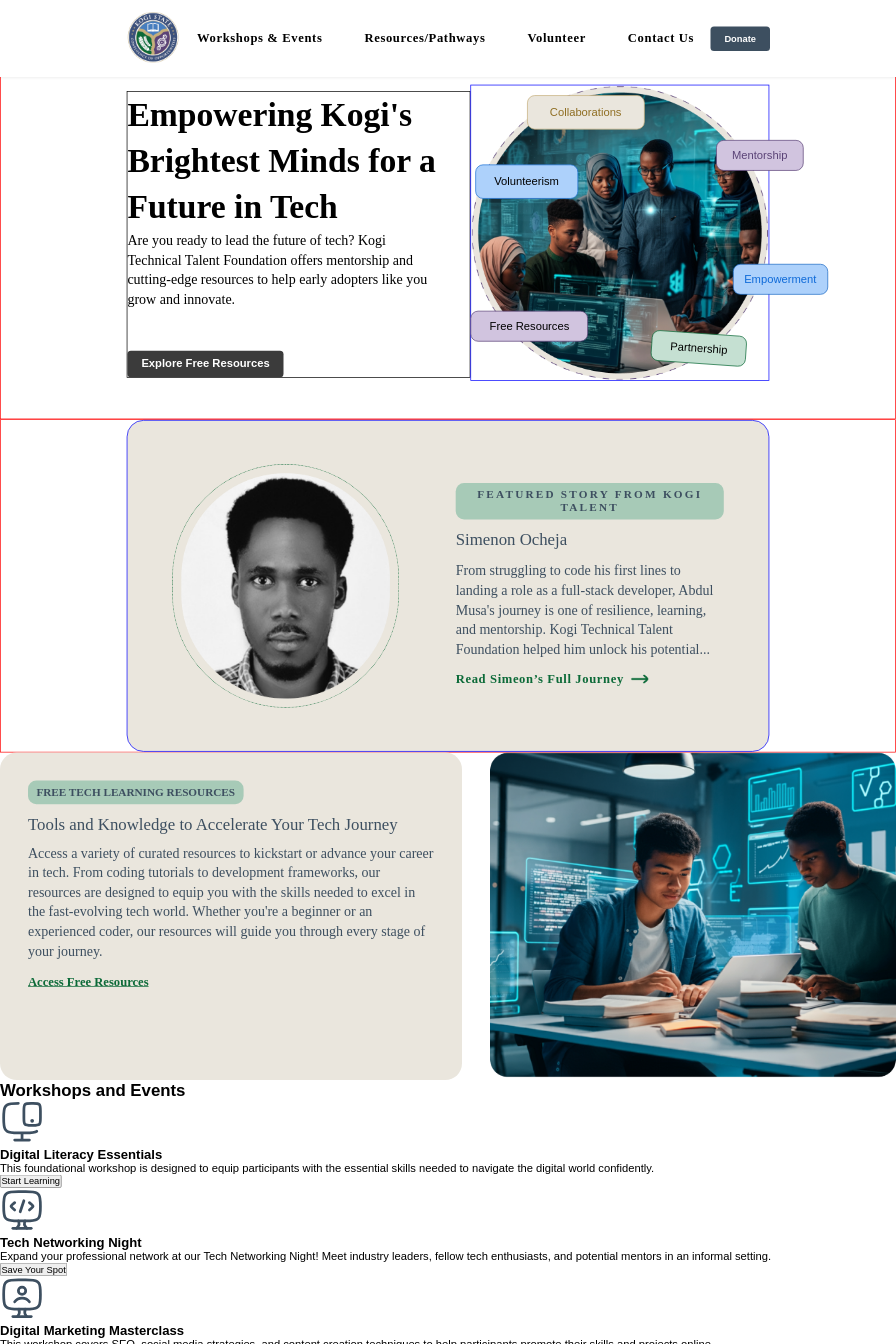
Repository: Cryptim/3MTT-Kogi-Foundation
Page: index.html
These files come from the project's save history. The page is drawn as it stood at one moment and after a run of saves; the edit follows.
The browser window is 1280 px wide. The pictures show the part of the page from y = 0 to 1920 px (the page is 5055 px tall), at 70% of full size.

Above is the page before, as saved 2024-11-15 01:54:14.

### index.html
<!DOCTYPE html>
<html lang="en">
  <head>
    <meta charset="UTF-8" />
    <meta name="viewport" content="width=device-width, initial-scale=1.0" />
    <title>Three Million Technical Talent Foundation</title>
    <link rel="stylesheet" href="stlyes/style.css" />
  </head>
  <body>
    <header class="header">
      <div class="logo">
        <img src="assets/images/logo.png" alt="Foundation Logo" />
      </div>
      <nav class="nav">
        <a href="#">Workshops & Events</a>
        <a href="#">Resources/Pathways</a>
        <a href="#">Volunteer</a>
        <a href="#">Contact Us</a>
      </nav>
      <div class="donate-button">
        <button>Donate</button>
      </div>
    </header>
    <!-- Hero sections -->
    <div class="padding hero-section">
      <div class="text-container">
        <h1>Empowering Kogi's Brightest Minds for a Future in Tech</h1>
        <p>
          Are you ready to lead the future of tech? Kogi Technical Talent
          Foundation offers mentorship and cutting-edge resources to help early
          adopters like you grow and innovate.
        </p>
        <div class="explore-button">
          <button>Explore Free Resources</button>
        </div>
      </div>
      <div class="image-container">
        <img
          src="assets/images/Frame 5.png"
          alt="Team working with technology"
        />
        <div class="tag tag-collaborations">Collaborations</div>
        <div class="tag tag-volunteerism">Volunteerism</div>
        <div class="tag tag-mentorship">Mentorship</div>
        <div class="tag tag-empowerment">Empowerment</div>
        <div class="tag tag-free-resources">Free Resources</div>
        <div class="tag tag-partnership">Partnership</div>
      </div>
    </div>
    <!-- Featured Story Section -->
    <div class="padding featuredStoryContainer">
      <div class="featuredStory"
      >
        <div  class="featuredStoryDottedImageLine"
        >
          <img class="featuredStoryImage"
            src="assets/images/Simeon ocheja 1.png"
            alt="Simenon Ocheja"
          />
        </div>
        <div
          style="width: 589px; display: flex; flex-direction: column; gap: 16px"
        >
          <div
            style="
              padding: 8px 12px;
              background: #a7cab7;
              border-radius: 12px;
              text-align: center;
            "
          >
            <span
              style="
                color: #3d4f60;
                font-size: 16px;
                font-family: Cascadia Code;
                font-weight: 600;
                text-transform: uppercase;
                letter-spacing: 3.2px;
              "
              >Featured Story from Kogi talent</span
            >
          </div>
          <h2
            style="
              color: #3d4f60;
              font-size: 24px;
              font-family: Cascadia Code;
              font-weight: 400;
            "
          >
            Simenon Ocheja
          </h2>
          <p
            style="
              width: 100%;
              color: #3d4f60;
              font-size: 20px;
              font-family: Cascadia Code;
              font-weight: 300;
              line-height: 28px;
              word-wrap: break-word;
            "
          >
            From struggling to code his first lines to landing a role as a
            full-stack developer, Abdul Musa's journey is one of resilience,
            learning, and mentorship. Kogi Technical Talent Foundation helped
            him unlock his potential...
          </p>
          <div style="display: flex; align-items: center; gap: 8px">
            <span
              style="
                color: #0c6a38;
                font-size: 18px;
                font-family: Cascadia Code;
                font-weight: 700;
                line-height: 27.2px;
                letter-spacing: 0.9px;
                word-wrap: break-word;
              "
              >Read Simeon’s Full Journey</span
            >
        <img src="./assets/images/icons/arrow-right-02.png" alt="arrow-right-02">
            </div>
          </div>
        </div>
      </div>
    </div>
    <!-- Free Tech Learning Resources Section -->
    <div style="display: flex; gap: 40px">
      <div
        style="flex: 1; padding: 40px; background: #eae6dd; border-radius: 24px"
      >
        <div
          style="
            padding: 8px 12px;
            background: #a7cab7;
            border-radius: 12px;
            display: inline-block;
          "
        >
          <span
            style="
              color: #3d4f60;
              font-size: 16px;
              font-family: Cascadia Code;
              font-weight: 600;
              text-transform: uppercase;
            "
            >Free Tech Learning Resources</span
          >
        </div>
        <h3
          style="
            color: #3d4f60;
            font-size: 24px;
            font-family: Cascadia Code;
            font-weight: 400;
            margin-top: 16px;
          "
        >
          Tools and Knowledge to Accelerate Your Tech Journey
        </h3>
        <p
          style="
            color: #3d4f60;
            font-size: 20px;
            font-family: Cascadia Code;
            font-weight: 300;
            line-height: 1.4;
            margin-top: 12px;
          "
        >
          Access a variety of curated resources to kickstart or advance your
          career in tech. From coding tutorials to development frameworks, our
          resources are designed to equip you with the skills needed to excel in
          the fast-evolving tech world. Whether you're a beginner or an
          experienced coder, our resources will guide you through every stage of
          your journey.
        </p>
        <a
          href="#"
          style="
            color: #0c6a38;
            font-size: 18px;
            font-family: Cascadia Code;
            font-weight: 700;
            display: inline-block;
            margin-top: 20px;
          "
          >Access Free Resources</a
        >
      </div>
      <div style="flex: 1">
        <img
          style="width: 100%; border-radius: 24px"
          src="assets/images/Resources image 1.png"
          alt="Tech Journey"
        />
      </div>
    </div>
    <!-- workshop section -->
    <section class="workshops-section">
      <h2>Workshops and Events</h2>
      <div class="workshops-container">
        <div class="workshop-card">
          <div class="icon">
            <img
              src="assets/images/computer-phone-sync.svg"
              alt="Digital Literacy Icon"
            />
          </div>
          <h3>Digital Literacy Essentials</h3>
          <p>
            This foundational workshop is designed to equip participants with
            the essential skills needed to navigate the digital world
            confidently.
          </p>
          <button>Start Learning</button>
        </div>
        <div class="workshop-card">
          <div class="icon">
            <img
              src="assets/images/computer-programming-01.svg"
              alt="Networking Icon"
            />
          </div>
          <h3>Tech Networking Night</h3>
          <p>
            Expand your professional network at our Tech Networking Night! Meet
            industry leaders, fellow tech enthusiasts, and potential mentors in
            an informal setting.
          </p>
          <button>Save Your Spot</button>
        </div>
        <div class="workshop-card">
          <div class="icon">
            <img
              src="assets/images/computer-video-call.svg"
              alt="Marketing Icon"
            />
          </div>
          <h3>Digital Marketing Masterclass</h3>
          <p>
            This workshop covers SEO, social media strategies, and content
            creation techniques to help participants promote their skills and
            projects online.
          </p>
          <button>Join the Masterclass</button>
        </div>
      </div>
    </section>
    <!--  Event section-->
    <section class="events-section">
      <h2>Upcoming Events</h2>
      <div class="events-container">
        <div class="event-card">
          <img
            src="assets/images/cloud-african 1.png"
            alt="Cloud Computing Workshop"
          />
          <h3>Getting Started with Cloud Computing: A Beginner's Guide</h3>
          <p>
            This introductory workshop will guide you through the fundamentals
            of cloud computing.
          </p>
          <div class="event-info">
            <span class="event-date"
              ><img
                src="assets/images/calendar-01.svg"
                alt="Calendar Icon"
                class="icon"
              />
              December 5, 2024</span
            >
            <span class="event-time"
              ><img
                src="assets/images/alarm-clock.svg"
                alt="Clock Icon"
                class="icon"
              />
              10:00 AM - 12:00 PM</span
            >
          </div>
        </div>
        <div class="event-card">
          <img
            src="assets/images/digital marketing.png"
            alt="Social Media for Entrepreneurs"
          />
          <h3>Mastering Social Media for Digital Entrepreneurs</h3>
          <p>
            Discover content creation strategies, audience engagement
            techniques, and more.
          </p>
          <div class="event-info">
            <span class="event-date"
              ><img
                src="assets/images/calendar-01.svg"
                alt="Calendar Icon"
                class="icon"
              />
              December 5, 2024</span
            >
            <span class="event-time"
              ><img
                src="assets/images/alarm-clock.svg"
                alt="Clock Icon"
                class="icon"
              />
              10:00 AM - 12:00 PM</span
            >
          </div>
        </div>
        <div class="event-card">
          <img
            src="assets/images/python.png"
            alt="Python Programming Workshop"
          />
          <h3>Intro to Python Programming: Building Your First App</h3>
          <p>
            This online workshop is perfect for beginners looking to learn
            Python programming.
          </p>
          <div class="event-info">
            <span class="event-date"
              ><img
                src="assets/images/calendar-01.svg"
                alt="Calendar Icon"
                class="icon"
              />
              December 5, 2024</span
            >
            <span class="event-time"
              ><img
                src="assets/images/alarm-clock.svg"
                alt="Clock Icon"
                class="icon"
              />
              10:00 AM - 12:00 PM</span
            >
          </div>
        </div>
      </div>
    </section>
    <!-- Mentor section -->
    <section class="mentors-section">
      <h2>Meet Our Mentors and Contributors</h2>
      <p>
        Meet Our MAt the heart of the Kogi Technical Talent Foundation is a
        dedicated team of mentors and contributors who are passionate about
        sharing their knowledge and expertise. Our mentors come from diverse
        backgrounds in technology, entrepreneurship, and innovation, providing
        invaluable guidance to help you navigate your career journey. Whether
        you're looking to enhance your coding skills, explore new fields like
        digital marketing, or get advice on launching your own tech startup, our
        mentors are here to support you.
      </p>
      <a href="#" class="explore-link">Explore Our Mentor’s Profile →</a>
      <div class="mentors-container">
        <div class="mentor-card">
          <img src="assets/images/Frame 19.png" alt="Omachoko Arome" />
          <h3>Omachoko Arome</h3>
        </div>
        <div class="mentor-card">
          <img src="assets/images/Frame 20.png" alt="Marian Musa" />
          <h3>Marian Musa</h3>
        </div>
        <div class="mentor-card">
          <img src="assets/images/Frame 21.png" alt="Ismaila Omeiza" />
          <h3>Ismaila Omeiza</h3>
        </div>
        <div class="mentor-card">
          <img src="assets/images/Frame 22.png" alt="Timothy Ignatius" />
          <h3>Timothy Ignatius</h3>
        </div>
      </div>
    </section>
    <!-- Footer -->
    <section>
      <div class="Partners">
        <div class="OurPartners">Our Partners</div>
        <div class="Frame23">
          <div class="NitdaLogo">
            <img
              class="NitdaLogoNewest1RemovebgPreview"
              style="width: 232.86px; height: 113.82px"
              src="https://via.placeholder.com/233x114"
            />
          </div>
          <div class="NitdaLogo">
            <img
              class="MttRemovebgPreview"
              style="width: 232.86px; height: 113.82px"
              src="https://via.placeholder.com/233x114"
            />
          </div>
          <div class="NitdaLogo">
            <img
              class="KogiLogo"
              style="width: 232.86px; height: 113.82px"
              src="https://via.placeholder.com/233x114"
            />
          </div>
          <div class="NitdaLogo">
            <img
              class="MistLogoRemovebgPreview"
              style="width: 232.86px; height: 113.82px"
              src="https://via.placeholder.com/233x114"
            />
          </div>
        </div>
      </div>

      <div class="Footer">
        <div class="Frame24">
          <img class="KogiLogo1" src="https://via.placeholder.com/78x78" />
          <div class="EmpoweringKogiSBrightestMindsForAFutureInTech">
            Empowering Kogi's Brightest Minds for a Future in Tech
          </div>
        </div>

        <div class="NavigataionMenu">
          <div class="Workshops">
            <div class="QuickLinks">Quick Links</div>
          </div>
          <div class="Workshops">
            <div class="WorkshopsEvents">Workshops & Events</div>
          </div>
          <div class="Resources">
            <div class="ResourcesPathways">Resources/Pathways</div>
          </div>
          <div class="Volunteer">
            <div>Volunteer</div>
          </div>
          <div class="ContactUs">
            <div>Contact Us</div>
          </div>
        </div>

        <div class="Frame25">
          <div class="Donate">
            <div>Donate Now</div>
          </div>
          <div class="ContactUs">
            <div class="ConnectWithUs">Connect with Us</div>
          </div>
          <div class="Frame26">
            <div class="Facebook02">
              <div class="Vector"></div>
            </div>
            <div class="NewTwitter">
              <div class="Vector"></div>
            </div>
            <div class="Linkedin02">
              <div class="Vector"></div>
              <div class="Vector"></div>
              <div class="Vector"></div>
            </div>
            <div class="Instagram">
              <div class="Vector"></div>
              <div class="Vector"></div>
              <div class="Vector"></div>
            </div>
          </div>
        </div>
      </div>

      <div class="Frame27">
        <div
          class="AllRightsReserved3mttFellowBiweeklyBuildWithAFellowChallenge2024"
        >
          All rights reserved 3MTT Fellow Biweekly Build With a Fellow Challenge
          ©2024
        </div>
      </div>
    </section>
  </body>
</html>

Loaded but not shown: stlyes/style.css (830 lines, source omitted)

After the next 5 saves:
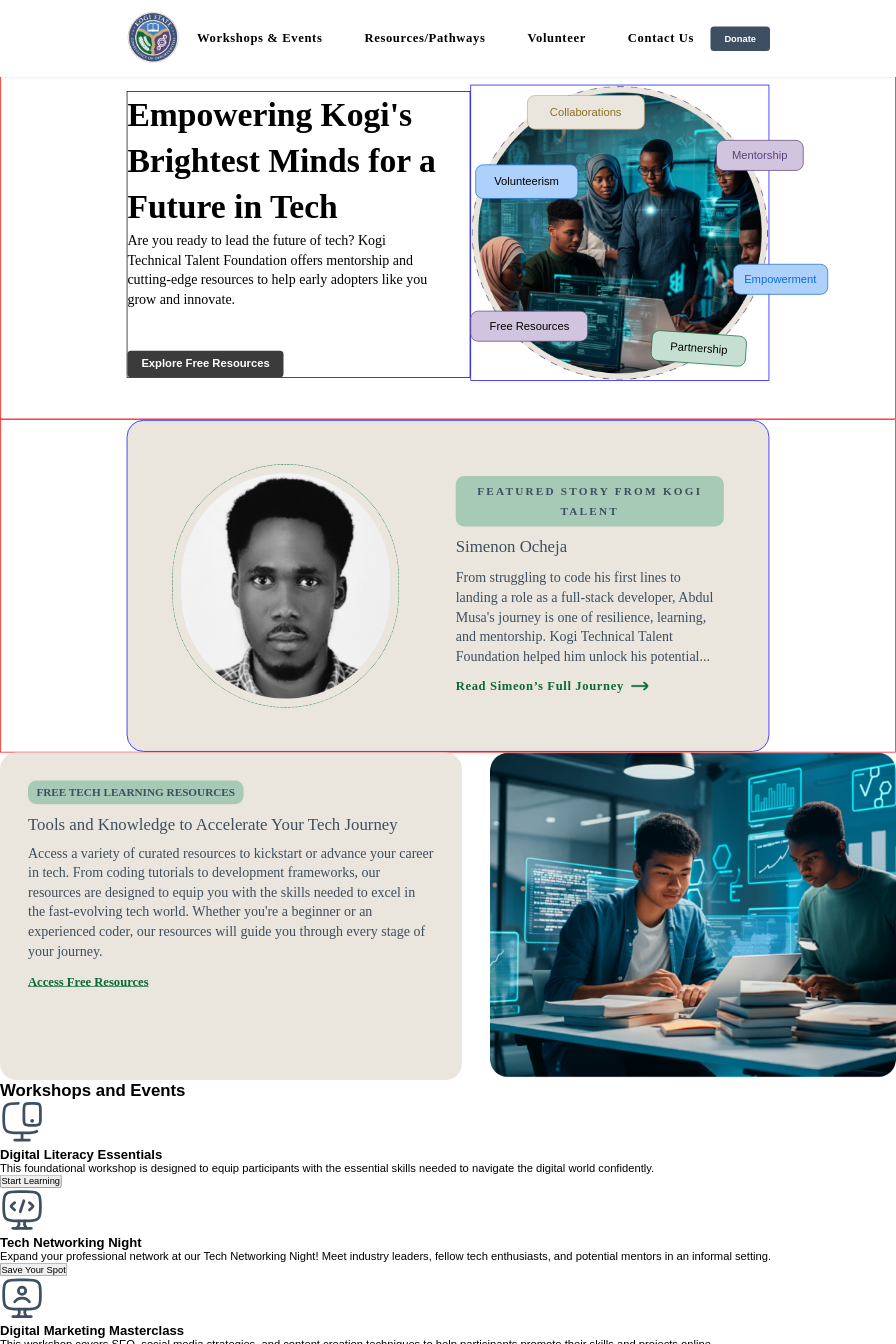
The 5 saves are shown as one change because they came seconds apart.
The last was saved 58 s later.
--- a/index.html
+++ b/index.html
@@ -61,7 +61,7 @@
         <div
           style="width: 589px; display: flex; flex-direction: column; gap: 16px"
         >
-          <div
+          <div class="featuredStoryImage"
             style="
               padding: 8px 12px;
               background: #a7cab7;

After the save that followed:
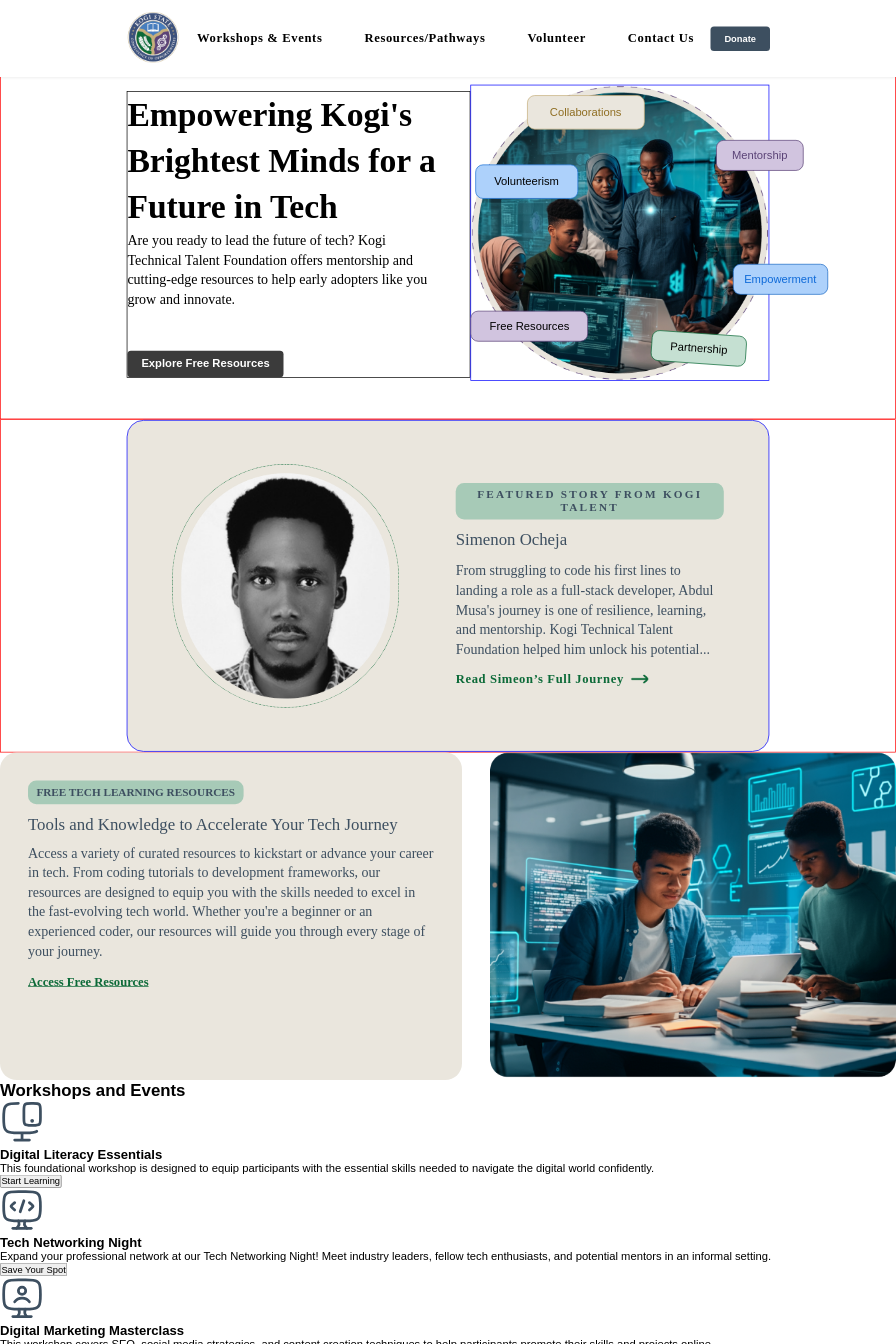
Saved 4 s later.
--- a/index.html
+++ b/index.html
@@ -61,7 +61,7 @@
         <div
           style="width: 589px; display: flex; flex-direction: column; gap: 16px"
         >
-          <div class="featuredStoryImage"
+          <div class="featuredStoryText"
             style="
               padding: 8px 12px;
               background: #a7cab7;
